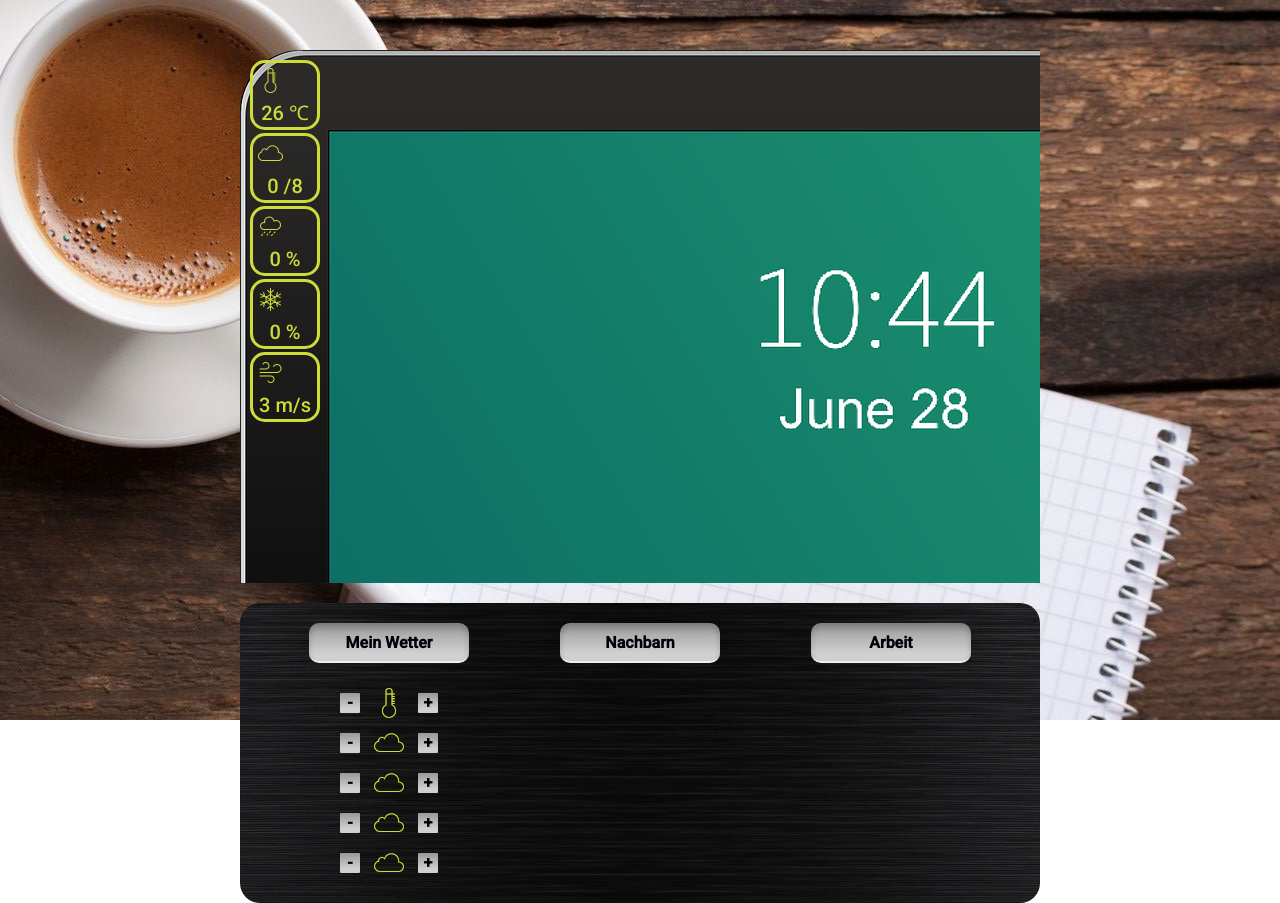
Repository: NadiaSchmitz/wetter.githab.io
Page: index.html
The author's editor kept a record of every edit. The page is drawn from the files as they stood at one moment, then again after the next edit.
The browser window is 1280 px wide. The pictures show the whole page.

Above is the page before.
Not found: styles/background1.css
Not found: styles/background2.css
Not found: styles/background3.css

### index.html
<!DOCTYPE html>
<html>

<head>
  <meta charset="utf-8" />
  <title>Das Wetter</title>
  <link rel="stylesheet" href="./styles/reset.css" type="text/css" />
  <link rel="stylesheet" href="./styles/style.css" type="text/css" />
  <link rel="stylesheet" href="./styles/icons.css" type="text/css" />
  <link rel="stylesheet" href="./styles/table.css" type="text/css" />
  <link rel="stylesheet" href="./styles/tablet.css" type="text/css" />
  <link rel="stylesheet" href="./styles/keyboard.css" type="text/css" />
  <link rel="stylesheet" href="./styles/background1.css" type="text/css" />
  <link rel="stylesheet" href="./styles/background2.css" type="text/css" />
  <link rel="stylesheet" href="./styles/background3.css" type="text/css" />
  <meta name="viewport" content="width=device-width, initial-scale=1.0">
  <link rel="preconnect" href="https://fonts.googleapis.com">
  <link rel="preconnect" href="https://fonts.gstatic.com" crossorigin>
  <link href="https://fonts.googleapis.com/css2?family=Roboto:wght@500&display=swap" rel="stylesheet">
  <link rel="shortcut icon" href="images/favicon.png" type="image/x-icon">
  <script src="https://ajax.googleapis.com/ajax/libs/jquery/2.2.0/jquery.min.js"></script>

</head>

<body>
  <section class="wrapper">
    <div class="coffee"></div>
    <section class="inner_wrapper">
      <div class="weather_wrapper">
        <div id="weather" class="main_layout_my_weather">
        <div id="layout_1" class="layout1_my_weather"></div>
        <div class="status_wrapper">
          <div class="status status_temperature">
            <div class="status_value status_temperature_value">
              <span>26</span>
              <span class="celsius">&#8451;</span>
            </div>
          </div>
          <div class="status status_clouds">
            <div class="status_value status_clouds_value">
              <span>0</span>
              <span>/8</span>
            </div>
          </div>
          <div class="status status_rain">
            <div class="status_value status_rain_value">
              <span>0</span>
              <span>%</span>
            </div>
          </div>
          <div class="status status_snow">
            <div class="status_value status_snow_value">
              <span>0</span>
              <span>%</span>
            </div>
          </div>
          <div class="status status_wind">
            <div class="status_value status_wind_value">
              <span>3</span>
              <span>m/s</span>
            </div>
          </div>
        </div>
      </div>
      </div>
      <div class="control">
        <div class="control_keyboard">
          <div class="control_keyboard_section">
            <div class="weather_button_wrapper">
              <span id="myWeather" class="weather_button">Mein Wetter</span>
            </div>
            <div class="control_keyboard_content">
              <div class="control_keyboard_content_item">
                <span class="control_button temperatur_minus">-</span>
                <span class="control_weather temperatur_value"></span>
                <span class="control_button temperatur_plus">+</span>
              </div>
              <div class="control_keyboard_content_item">
                <span class="control_button clouds_minus">-</span>
                <span class="control_weather clouds_value"></span>
                <span class="control_button clouds_plus">+</span>
              </div>
              <div class="control_keyboard_content_item">
                <span class="control_button clouds_minus">-</span>
                <span class="control_weather clouds_value"></span>
                <span class="control_button clouds_plus">+</span>
              </div>
              <div class="control_keyboard_content_item">
                <span class="control_button clouds_minus">-</span>
                <span class="control_weather clouds_value"></span>
                <span class="control_button clouds_plus">+</span>
              </div>
              <div class="control_keyboard_content_item">
                <span class="control_button clouds_minus">-</span>
                <span class="control_weather clouds_value"></span>
                <span class="control_button clouds_plus">+</span>
              </div>
            </div>
          </div>
          <div class="control_keyboard_section">
            <div class="weather_button_wrapper">
              <span id="nachbarnWeather" class="weather_button">Nachbarn</span>
            </div>
          </div>
          <div class="control_keyboard_section">
            <div class="weather_button_wrapper">
              <span id="arbeitWeather" class="weather_button">Arbeit</span>
            </div>
          </div>
        </div>
      </div>
    </section>
  </section>
  <script type="text/javascript" src="./js/weather.js"></script>
  <script type="text/javascript" src="./js/general.js"></script>
</body>

</html>

### styles/reset.css
html, body, div, span, applet, object, iframe,
h1, h2, h3, h4, h5, h6, p, blockquote, pre,
a, abbr, acronym, address, big, cite, code,
del, dfn, em, img, ins, kbd, q, s, samp,
small, strike, strong, sub, sup, tt, var,
b, u, i, center,
dl, dt, dd, ol, ul, li,
fieldset, form, label, legend,
table, caption, tbody, tfoot, thead, tr, th, td,
article, aside, canvas, details, embed,
figure, figcaption, footer, header, hgroup,
menu, nav, output, ruby, section, summary,
time, mark, audio, video {
	margin: 0;
	padding: 0;
	box-sizing: border-box;
	border: 0;
	font-size: 100%;
	font: inherit;
	vertical-align: baseline;
}
/* HTML5 display-role reset for older browsers */
article, aside, details, figcaption, figure,
footer, header, hgroup, menu, nav, section {
	display: block;
}
body {
	line-height: 1;
}
ol, ul {
	list-style: none;
}
blockquote, q {
	quotes: none;
}
blockquote:before, blockquote:after,
q:before, q:after {
	content: '';
	content: none;
}
table {
	border-collapse: collapse;
	border-spacing: 0;
}

### styles/style.css
.wrapper {
  background-image: url(../images/table.jpg);
  height: calc(100vh);
  background-position: 50% -200px;
}

.inner_wrapper {
  font-family: 'Roboto', sans-serif;
  padding: 50px  0 0 0;
}

.weather_wrapper {
  width: 800px;
  height: 533px;
  background-image: url(../images/tablet.png);
  margin: 0 auto 20px;
}

#weather {
  position: relative;
  width: 800px;
  height: 533px;
  background-size: cover;
  background-repeat: no-repeat;
  background-position: 50%;
}



#layout_1 {
  position: absolute;
  top: 0;
  bottom: 0;
  left: 0;
  right: 0;
  background-size: cover;
  background-position: 40% 0;
}

.status_wrapper {
  padding: 10px 0 0 10px;
}

.status {
  position: relative;
  width: 70px;
  height: 70px;
  border-radius: 15px;
  border: 3px solid #cddc39;
  background-size: 25px;
  background-position: 5px 5px;
  background-repeat: no-repeat;
  margin: 0 0 3px 0;
}

.status:last-of-type {
  margin: 0;
}

.status_value {
  font-size: 20px;
  line-height: 40px;
  text-align: center;
  color: #cddc39;
  margin: 30px 0 0 0;
}

.control {

}

.control_keyboard {
  width: 800px;
  height: 300px;
  background-color: #3a3939;
  background-size: cover;
  border-radius: 20px;
  text-align: center;
  margin: 0 auto;
  padding: 20px;
}

.control_keyboard_section {
  display: inline-block;
  vertical-align: top;
  width: 32.5%;
  padding: 0 10px 0 10px;
}

.weather_button_wrapper {
  margin: 0 0 30px 0;
}

.weather_button {
  width: 160px;
  height: 40px;
  border-bottom: 2px solid #eee;
  box-shadow: inset rgba(0,0,0,0.2) 0px 5px 6px;
  display: block;
  font-size: 16px;
  line-height: 40px;
  color: #000009;
  font-weight: 700;
  text-align: center;
  text-decoration: none;
  background-image: -webkit-linear-gradient(top, #999, #d0d0d0 80%);
  background-image: -moz-linear-gradient(top, #999, #d0d0d0 80%);
  background-image: -ms-linear-gradient(top, #999, #d0d0d0 80%);
  background-image: -o-linear-gradient(top, #999, #d0d0d0 80%);
  background-image: linear-gradient(top, #999, #d0d0d0 80%);
  -moz-border-radius: 10px;
  -webkit-border-radius: 10px;
  border-radius: 10px;
  -webkit-transition: all .1s ease-in;
  -moz-transition: all .1s ease-in;
  -ms-transition: all .1s ease-in;
  -o-transition: all .1s ease-in;
  transition: all .1s ease-in;
  cursor: pointer;
  margin: 0 auto;
}

.weather_button:hover {
  -webkit-box-shadow: rgba(0,0,0,.4) 0 3px 8px;
  -moz-box-shadow: rgba(0,0,0,.4) 0 3px 8px;
  box-shadow: rgba(0,0,0,.4) 0 3px 8px;
}

.weather_button:active {
  color: #777;
  border-bottom: 1px solid #fff;
  -webkit-box-shadow: inset rgba(0,0,0,.5) 0px 5px 10px;
  -moz-box-shadow: inset rgba(0,0,0,.5) 0px 5px 10px;
  box-shadow: inset rgba(0,0,0,.5) 0px 5px 10px;
}

.control_keyboard_content_item {
  margin: 0 0 15px 0;
}

.control_button {
  display: inline-block;
  vertical-align: top;
  width: 20px;
  height: 20px;
  font-size: 16px;
  line-height: 20px;
  font-weight: 700;
  text-align: center;
  background-image: -webkit-linear-gradient(top, #999, #d0d0d0 80%);
  background-image: -moz-linear-gradient(top, #999, #d0d0d0 80%);
  background-image: -ms-linear-gradient(top, #999, #d0d0d0 80%);
  background-image: -o-linear-gradient(top, #999, #d0d0d0 80%);
  background-image: linear-gradient(top, #999, #d0d0d0 80%);
  -moz-border-radius: 1px;
  -webkit-border-radius: 1px;
  border-radius: 1px;
  -webkit-transition: all .1s ease-in;
  -moz-transition: all .1s ease-in;
  -ms-transition: all .1s ease-in;
  -o-transition: all .1s ease-in;
  transition: all .1s ease-in;
}

.control_weather {
  display: inline-block;
  vertical-align: top;
  width: 30px;
  height: 30px;
  background-position: 50%;
  background-size: cover;
  margin: -5px 10px 0 10px;
}

### js/weather.js
var weatherArray = [];
weatherArray = [
  {
    weatherOwner: "myWeather",
    temperaturUnderLimit: 25,
    temperaturStandart: 26,
    temperaturUpperLimit: 27,
    cloudsUnderLimit: 0,
    cloudsStandart: 0,
    cloudsUpperLimit: 1,
    rainUnderLimit: 0,
    rainStandart: 0,
    rainUpperLimit: 5,
    snowUnderLimit: 0,
    snowStandart: 0,
    snowUpperLimit: 0,
    windUnderLimit: 3,
    windStandart: 3,
    windUpperLimit: 5,
    mainLayoutClass: "main_layout_my_weather",
    layout1: "layout1_my_weather",
    layout2: ""
  },

  {
    weatherOwner: "nachbarnWeather",
    temperaturUnderLimit: 3,
    temperaturStandart: 5,
    temperaturUpperLimit: 8,
    cloudsUnderLimit: 7,
    cloudsStandart: 8,
    cloudsUpperLimit: 9,
    rainUnderLimit: 80,
    rainStandart: 90,
    rainUpperLimit: 100,
    snowUnderLimit: 0,
    snowStandart: 0,
    snowUpperLimit: 0,
    windUnderLimit: 20,
    windStandart: 30,
    windUpperLimit: 40,
    mainLayoutClass: "main_layout_nachbarn_weather",
    layout1: "layout1_nachbarn_weather",
    layout2: ""
  },

  {
    weatherOwner: "arbeitWeather",
    temperaturUnderLimit: -10,
    temperaturStandart: -20,
    temperaturUpperLimit: -30,
    cloudsUnderLimit: 3,
    cloudsStandart: 4,
    cloudsUpperLimit: 5,
    rainUnderLimit: 0,
    rainStandart: 0,
    rainUpperLimit: 0,
    snowUnderLimit: 30,
    snowStandart: 50,
    snowUpperLimit: 80,
    windUnderLimit: 0,
    windStandart: 0,
    windUpperLimit: 0,
    mainLayoutClass: "main_layout_arbeit_weather",
    layout1: "layout1_arbeit_weather",
    layout2: ""
  },
]

$(document).ready(function() {
  $(".weather_button").click(function() {
    var buttonId = $(this).attr('id');
    console.log(buttonId);
    for (var i = 0; i < weatherArray.length; i++) {
      if (buttonId == weatherArray[i].weatherOwner) {
        var styleId = i;
        $('#weather').removeClass().addClass(weatherArray[styleId].mainLayoutClass);
        $('#layout_1').removeClass().addClass(weatherArray[styleId].layout1);
        /*$('.sidebar_left').css('backgroundColor', colorSchemeArray[styleId].colorSidebarLeft);
        $('h4').css('backgroundColor', colorSchemeArray[styleId].colorTopic);*/
      }
    }
  });
})

### js/general.js
$(document).ready(function() {
    var widthScreen = $(window).width() - 700;
    var heightScreen = widthScreen / 1.5;

    var screenRatio = widthScreen / heightScreen;

    console.log(widthScreen);
    console.log(heightScreen);
    console.log(screenRatio);

    $(".weather").css("width", widthScreen);
    $(".weather").css("height", heightScreen);
})

Loaded but not shown: styles/icons.css (library); styles/table.css (library); styles/tablet.css (library); styles/keyboard.css (library)

After the next edit:
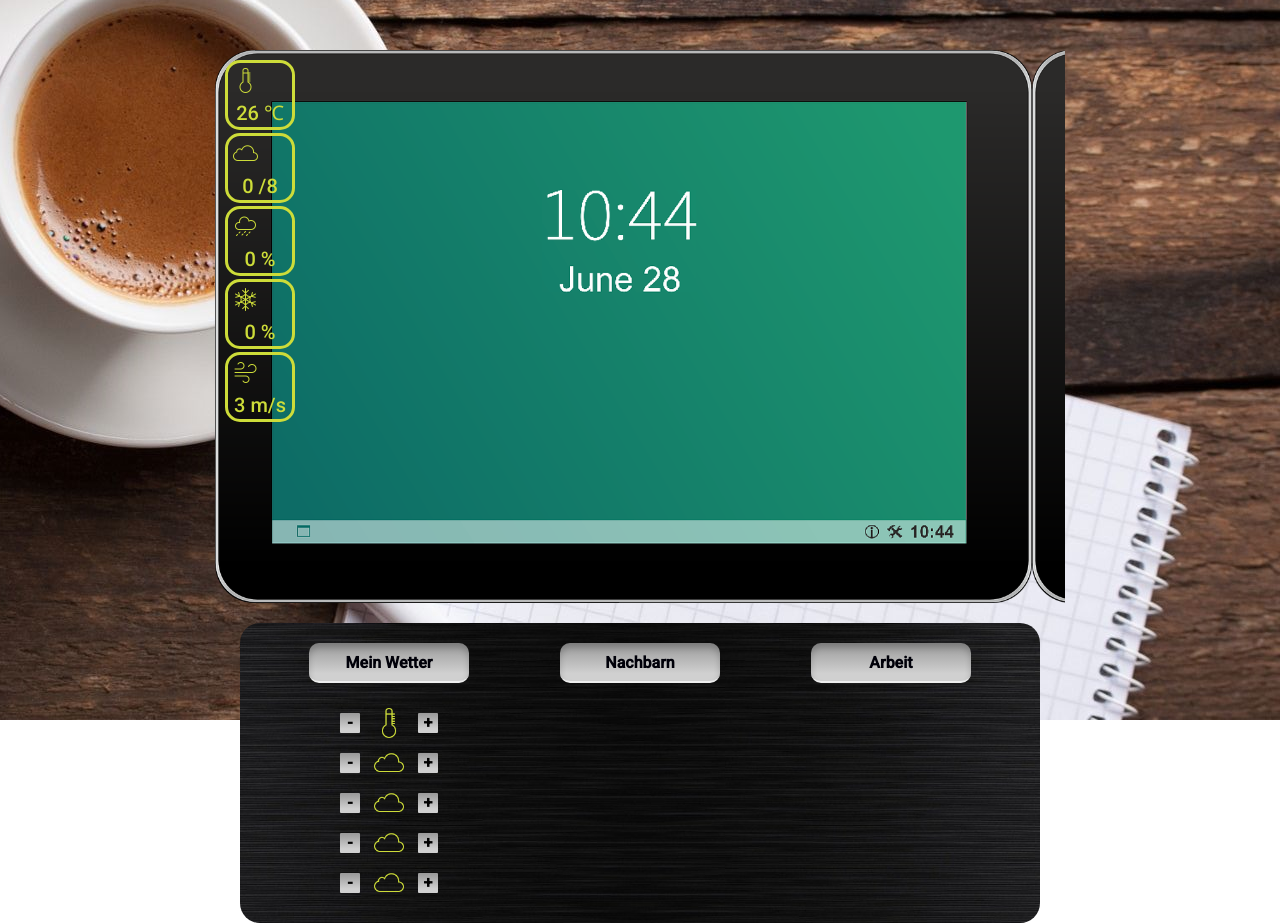
The edit:
--- a/styles/style.css
+++ b/styles/style.css
@@ -10,9 +10,10 @@
 }
 
 .weather_wrapper {
-  width: 800px;
-  height: 533px;
+  width: 850px;
+  height: 553px;
   background-image: url(../images/tablet.png);
+  background-size: contain;
   margin: 0 auto 20px;
 }
 
